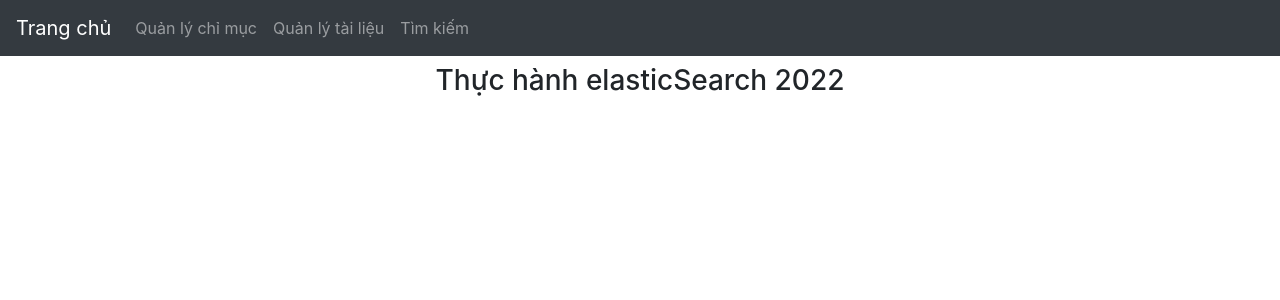
Repository: NguyenMinhChau/elasticsearchphp
Page: http://localhost/
These files come from the project's save history. The page is drawn as it stood at one moment and after the next save; the edit follows.
The browser window is 1280 px wide. The pictures show the whole page.
Some web libraries are served in a nearby version. The page is run by PHP 8.4 with error messages shown; the project is at /var/www/html/.

Above is the page before, as saved 2022-01-10 10:04:57.

### index.php
<?php
    $page = $_GET['page'] ?? '';
    $menuitems = [
        'managerindex' => 'Quản lý chỉ mục',
        'document' => 'Quản lý tài liệu',
        'search' => 'Tìm kiếm'
    ];
?>


<!DOCTYPE html>
<html lang="en">
<head>
    <meta charset="UTF-8">
    <meta http-equiv="X-UA-Compatible" content="IE=edge">
    <meta name="viewport" content="width=device-width, initial-scale=1.0">
    <title>ElaticSearch</title>
    <link rel='icon' href='https://huongdanjava.com/wp-content/uploads/2020/04/elasticsearch.png'/>
    <link rel="stylesheet" href="https://maxcdn.bootstrapcdn.com/bootstrap/4.0.0/css/bootstrap.min.css" integrity="sha384-Gn5384xqQ1aoWXA+058RXPxPg6fy4IWvTNh0E263XmFcJlSAwiGgFAW/dAiS6JXm" crossorigin="anonymous">
    <link rel="stylesheet" href="./assets/css/style.css">
</head>
<body>
    <div id='app'>
        <nav class="navbar navbar-expand-lg navbar-dark bg-dark">
            <a class="navbar-brand" href="/">Trang chủ</a>
            <button class="navbar-toggler" type="button" data-toggle="collapse" data-target="#navbarSupportedContent" aria-controls="navbarSupportedContent" aria-expanded="false" aria-label="Toggle navigation">
                <span class="navbar-toggler-icon"></span>
            </button>
            <div class="collapse navbar-collapse" id="navbarSupportedContent">
                <ul class="navbar-nav mr-auto">
                    <?php foreach ($menuitems as $key => $label): ?>
                        <?php
                            $class= '';
                            if($page === $key) {
                                $class = 'active';
                            }
                        ?>
                        <li class="nav-item <?= $class ?>">
                            <a class="nav-link" href="/?page=<?= $key ?>"><?= $label ?></a>
                        </li>
                    <?php endforeach ?>
                </ul>
            </div>
        </nav>
        <?php if($page !== ''):?>
                <?php
                    include $page . '.php';
                ?>
            <?php else: ?>
                <h3 class="mt-2 text-center">Thực hành elasticSearch 2022</h3>
        <?php endif ?>
    </div>
    <script src="https://code.jquery.com/jquery-3.2.1.slim.min.js" integrity="sha384-KJ3o2DKtIkvYIK3UENzmM7KCkRr/rE9/Qpg6aAZGJwFDMVNA/GpGFF93hXpG5KkN" crossorigin="anonymous"></script>
    <script src="https://cdnjs.cloudflare.com/ajax/libs/popper.js/1.12.9/umd/popper.min.js" integrity="sha384-ApNbgh9B+Y1QKtv3Rn7W3mgPxhU9K/ScQsAP7hUibX39j7fakFPskvXusvfa0b4Q" crossorigin="anonymous"></script>
    <script src="https://maxcdn.bootstrapcdn.com/bootstrap/4.0.0/js/bootstrap.min.js" integrity="sha384-JZR6Spejh4U02d8jOt6vLEHfe/JQGiRRSQQxSfFWpi1MquVdAyjUar5+76PVCmYl" crossorigin="anonymous"></script>
    <script src='./assets/js/index.js'></script>
</body>
</html>

Loaded but not shown: assets/css/style.css (common file); assets/js/index.js (no copy from this time; the picture is the same without it)

After the next save:
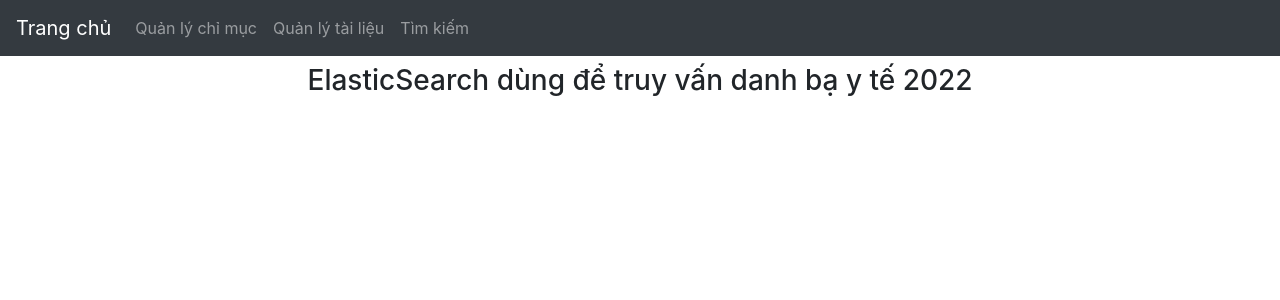
Saved 67 s later.
--- a/index.php
+++ b/index.php
@@ -47,7 +47,7 @@
                     include $page . '.php';
                 ?>
             <?php else: ?>
-                <h3 class="mt-2 text-center">Thực hành elasticSearch 2022</h3>
+                <h3 class="mt-2 text-center">ElasticSearch dùng để truy vấn danh bạ y tế 2022</h3>
         <?php endif ?>
     </div>
     <script src="https://code.jquery.com/jquery-3.2.1.slim.min.js" integrity="sha384-KJ3o2DKtIkvYIK3UENzmM7KCkRr/rE9/Qpg6aAZGJwFDMVNA/GpGFF93hXpG5KkN" crossorigin="anonymous"></script>
